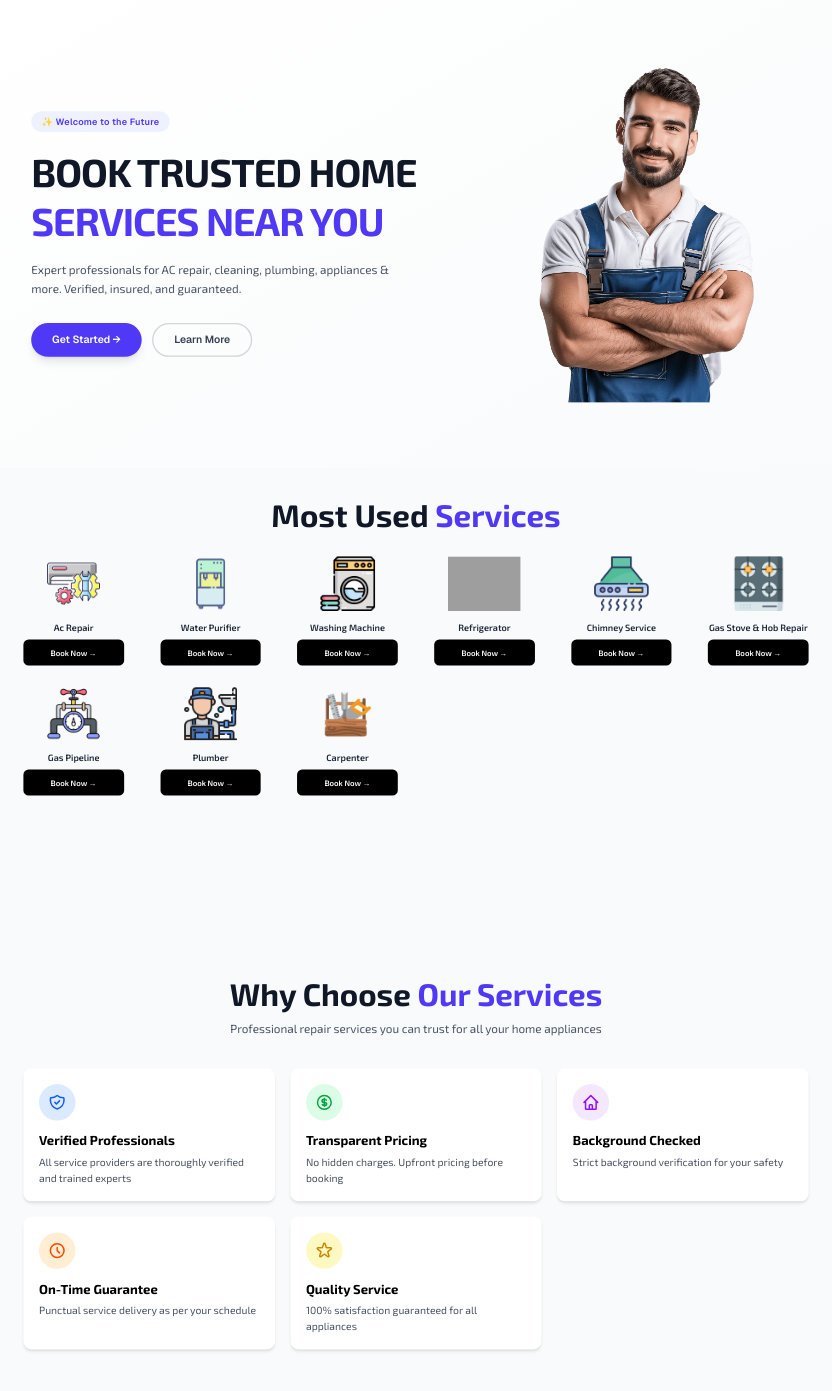
Repository: deepak445566/repai
Page: / (app in repair/)
The author's editor kept a copy of each file at every save. The page is drawn from the files as they stood at one save, then again after the next save.
The browser window is 1280 px wide. The pictures show the whole page, at 65% of full size.
Pictures or frames that could not be fetched are drawn as grey boxes. The project was rebuilt for these pictures with package versions that can differ from the ones it lists, and the page was loaded fresh each time. The framework's server and built-in components were replaced by stand-ins that run in the browser. Also part of the build but not shown: repair/next.config.mjs.

Above is the page before, as saved 2026-04-15 14:35:46.

### repair/src/app/layout.js
import { Abril_Fatface, Exo_2, Geist, Geist_Mono } from "next/font/google";
import "./globals.css";

const geistSans = Geist({
  variable: "--font-geist-sans",
  subsets: ["latin"],
});

const geistMono = Geist_Mono({
  variable: "--font-geist-mono",
  subsets: ["latin"],
});
const abril = Abril_Fatface({
  weight: '400',
  subsets: ['latin'],
  variable: '--font-abril',
});

const exo = Exo_2({
  subsets: ['latin'],
  weight: ['400','600','700'],
  variable: '--font-exo',
});

export const metadata = {
  title: "Create Next App",
  description: "Generated by create next app",
};

export default function RootLayout({ children }) {
  return (
    <html
      lang="en"
      className={`${geistSans.variable} ${geistMono.variable} ${abril.variable} ${exo.variable} h-full antialiased`}
    >
      <body className="min-h-full flex flex-col">{children}</body>
    </html>
  );
}

### repair/src/app/page.js
import HeroPage from '@/components/heroPage'
import ServicesPage from '@/components/Service'
import WhyChooseUs from '@/components/whyChooseUs'
import React from 'react'

function page() {
  return (
   <>
   <HeroPage/>
   <ServicesPage/>
   <WhyChooseUs/>
   </>
  )
}

export default page

### repair/src/app/globals.css
@import "tailwindcss";

:root {
  --background: #ffffff;
  --foreground: #171717;
}

@theme inline {
  --color-background: var(--background);
  --color-foreground: var(--foreground);
  --font-sans: var(--font-geist-sans);
  --font-mono: var(--font-geist-mono);
}

@media (prefers-color-scheme: dark) {
  :root {
    --background: #0a0a0a;
    --foreground: #ededed;
  }
}

body {
  background: var(--background);
  color: var(--foreground);
  font-family: var(--font-parkinsans);
}



.abril {
  font-family: var(--font-abril);
}

.exo {
  font-family: var(--font-exo);
}

### repair/src/components/heroPage.jsx
import Image from 'next/image';

export default function HeroPage() {
  return (
    <div className="min-h-screen bg-gradient-to-br from-white to-gray-50 flex items-center justify-center px-4 lg:px-12 py-12">
      <div className="max-w-7xl mx-auto w-full">
        <div className="flex flex-col lg:flex-row items-center gap-12 lg:gap-10">

          {/* Left Section - 60% Width */}
          <div className="w-full lg:w-[55%] text-center lg:text-left space-y-6">
            <div className="inline-block px-4 py-1.5 rounded-full bg-indigo-50 text-indigo-600 text-sm font-semibold tracking-wide">
              ✨ Welcome to the Future
            </div>

            <h1 className="text-4xl sm:text-5xl lg:text-6xl font-bold tracking-tight text-gray-900 leading-tight uppercase exo">
            Book Trusted Home
              <span className="text-indigo-600 block"> Services Near You</span>
            </h1>

            <p className="text-lg text-gray-600 max-w-xl mx-auto lg:mx-0 exo">
         Expert professionals for AC repair, cleaning, plumbing, appliances & more. Verified, insured, and guaranteed.
            </p>

            <div className="flex flex-col sm:flex-row gap-4 justify-center lg:justify-start pt-4">
              <button className="px-8 py-3 rounded-full bg-indigo-600 text-white font-semibold shadow-lg hover:bg-indigo-700 transition-all duration-200 transform hover:scale-105">
                Get Started →
              </button>
              <button className="px-8 py-3 rounded-full border-2 border-gray-300 text-gray-700 font-semibold hover:bg-gray-50 transition-all duration-200">
                Learn More
              </button>
            </div>
          </div>

          {/* Right Section - 40% Width */}
          <div className="w-full lg:w-[45%] flex justify-center lg:justify-end">
            <div className="relative w-full max-w-sm sm:max-w-md lg:max-w-lg">
              <div className="absolute inset-0 opacity-60 -z-10"></div>
              <div className="relative overflow-hidden">
                {/* Size control - Apni hisaab se change karo */}
                <div className="relative w-[350px] h-[400px] md:w-[400px] md:h-[400px] lg:w-[550px] lg:h-[550px] mx-auto ">
                  <Image
                    src="/images/image1.png"
                    alt="Hero Image"
                    fill
                    className="object-contain p-4"
                    priority
                  />
                </div>
              </div>
            </div>
          </div>
        </div>
      </div>
    </div>
  );
}

### repair/src/components/Service.jsx
'use client'

import Image from 'next/image';
import { useRouter } from 'next/navigation';

export default function ServicesPage() {
  const router = useRouter();

  const services = [
    { id: 1, title: "Ac Repair", image: "/images/acrepair.png" },
    { id: 2, title: "Water Purifier", image: "/images/waterrepair.png" },
    { id: 3, title: "Washing Machine", image: "/images/washrepair.png" },
    { id: 4, title: "Refrigerator", image: "/images/fridgerepair.png" },
    { id: 5, title: "Chimney Service", image: "/images/chimneyrepair.png" },
    { id: 6, title: "Gas Stove & Hob Repair", image: "/images/gasrepair.png" },
    { id: 7, title: "Gas Pipeline", image: "/images/piperepair.png" },
    { id: 8, title: "Plumber", image: "/images/plumberrepair.png" },
    { id: 9, title: "Carpenter", image: "/images/carrepair.png" },
  ];

  const handleBookNow = (serviceTitle) => {
    // Navigate to booking page with service name
    router.push(`/book?service=${encodeURIComponent(serviceTitle)}`);
  };

  return (
    <div className="min-h-screen bg-gray-50 py-12 px-4 exo">
      <div className="max-w-7xl mx-auto">

        <div className="text-center mb-8">
          <h2 className="text-3xl sm:text-5xl font-bold text-gray-900 mb-2">
            Most Used <span className="text-indigo-600">Services</span>
          </h2>
        </div>

        <div className="grid grid-cols-2 lg:grid-cols-6 gap-3 md:gap-4">
          {services.map((service) => (
            <div key={service.id} className="group cursor-pointer">
              {/* Image Section */}
              <div className="relative h-20 sm:h-22 md:h-25">
                <Image
                  src={service.image}
                  alt={service.title}
                  fill
                  className="object-contain p-2 transition-transform duration-500 group-hover:scale-110"
                />
              </div>

              {/* Title Section */}
              <div className="py-2 px-1 text-center">
                <h3 className="text-xs sm:text-sm font-semibold text-gray-800  ">
                  {service.title}
                </h3>
              </div>

              {/* Book Button */}
              <div className="px-5 pb-2">
                <button
                  onClick={() => handleBookNow(service.title)}
                  className="w-full bg-black text-white text-xs font-semibold py-3  rounded-lg "
                >
                  Book Now →
                </button>
              </div>
            </div>
          ))}
        </div>
      </div>
    </div>
  );
}

### repair/src/components/whyChooseUs.jsx
import Image from 'next/image';

export default function WhyChooseUs() {
  return (
    <div className="bg-gray-50 py-12 px-4 lg:px-9 sm:py-16 exo">
      <div className="max-w-7xl mx-auto">

        {/* Header with Image */}
        <div className="text-center mb-10 sm:mb-12">
          <h2 className="text-3xl sm:text-4xl lg:text-5xl font-bold text-gray-900 mb-3 sm:mb-4">
            Why Choose <span className="text-indigo-600">Our Services</span>
          </h2>
          <p className="text-gray-600 text-base sm:text-lg max-w-2xl mx-auto px-2">
            Professional repair services you can trust for all your home appliances
          </p>
        </div>

        {/* Features Grid - Mobile: 2 columns, Tablet/Desktop: 3 columns */}
        <div className="grid grid-cols-2 lg:grid-cols-3 gap-3 sm:gap-4 md:gap-6 text-black exo">
          {/* Feature 1 */}
          <div className="bg-white rounded-xl p-4 sm:p-5 md:p-6 shadow-md hover:shadow-xl transition-all">
            <div className="w-10 h-10 sm:w-12 sm:h-12 md:w-14 md:h-14 bg-blue-100 rounded-full flex items-center justify-center mb-3 sm:mb-4">
              <svg className="w-5 h-5 sm:w-6 sm:h-6 md:w-7 md:h-7 text-blue-600" fill="none" stroke="currentColor" viewBox="0 0 24 24">
                <path strokeLinecap="round" strokeLinejoin="round" strokeWidth={2} d="M9 12l2 2 4-4m5.618-4.016A11.955 11.955 0 0112 2.944a11.955 11.955 0 01-8.618 3.04A12.02 12.02 0 003 9c0 5.591 3.824 10.29 9 11.622 5.176-1.332 9-6.03 9-11.622 0-1.042-.133-2.052-.382-3.016z" />
              </svg>
            </div>
            <h3 className="text-base sm:text-lg md:text-xl font-bold mb-1 sm:mb-2">Verified Professionals</h3>
            <p className="text-gray-600 text-xs sm:text-sm md:text-base">All service providers are thoroughly verified and trained experts</p>
          </div>

          {/* Feature 2 */}
          <div className="bg-white rounded-xl p-4 sm:p-5 md:p-6 shadow-md hover:shadow-xl transition-all">
            <div className="w-10 h-10 sm:w-12 sm:h-12 md:w-14 md:h-14 bg-green-100 rounded-full flex items-center justify-center mb-3 sm:mb-4">
              <svg className="w-5 h-5 sm:w-6 sm:h-6 md:w-7 md:h-7 text-green-600" fill="none" stroke="currentColor" viewBox="0 0 24 24">
                <path strokeLinecap="round" strokeLinejoin="round" strokeWidth={2} d="M12 8c-1.657 0-3 .895-3 2s1.343 2 3 2 3 .895 3 2-1.343 2-3 2m0-8c1.11 0 2.08.402 2.599 1M12 8V7m0 1v8m0 0v1m0-1c-1.11 0-2.08-.402-2.599-1M21 12a9 9 0 11-18 0 9 9 0 0118 0z" />
              </svg>
            </div>
            <h3 className="text-base sm:text-lg md:text-xl font-bold mb-1 sm:mb-2">Transparent Pricing</h3>
            <p className="text-gray-600 text-xs sm:text-sm md:text-base">No hidden charges. Upfront pricing before booking</p>
          </div>

          {/* Feature 3 */}
          <div className="bg-white rounded-xl p-4 sm:p-5 md:p-6 shadow-md hover:shadow-xl transition-all">
            <div className="w-10 h-10 sm:w-12 sm:h-12 md:w-14 md:h-14 bg-purple-100 rounded-full flex items-center justify-center mb-3 sm:mb-4">
              <svg className="w-5 h-5 sm:w-6 sm:h-6 md:w-7 md:h-7 text-purple-600" fill="none" stroke="currentColor" viewBox="0 0 24 24">
                <path strokeLinecap="round" strokeLinejoin="round" strokeWidth={2} d="M3 12l2-2m0 0l7-7 7 7M5 10v10a1 1 0 001 1h3m10-11l2 2m-2-2v10a1 1 0 01-1 1h-3m-6 0a1 1 0 001-1v-4a1 1 0 011-1h2a1 1 0 011 1v4a1 1 0 001 1m-6 0h6" />
              </svg>
            </div>
            <h3 className="text-base sm:text-lg md:text-xl font-bold mb-1 sm:mb-2">Background Checked</h3>
            <p className="text-gray-600 text-xs sm:text-sm md:text-base">Strict background verification for your safety</p>
          </div>

          {/* Feature 4 */}
          <div className="bg-white rounded-xl p-4 sm:p-5 md:p-6 shadow-md hover:shadow-xl transition-all">
            <div className="w-10 h-10 sm:w-12 sm:h-12 md:w-14 md:h-14 bg-orange-100 rounded-full flex items-center justify-center mb-3 sm:mb-4">
              <svg className="w-5 h-5 sm:w-6 sm:h-6 md:w-7 md:h-7 text-orange-600" fill="none" stroke="currentColor" viewBox="0 0 24 24">
                <path strokeLinecap="round" strokeLinejoin="round" strokeWidth={2} d="M12 8v4l3 3m6-3a9 9 0 11-18 0 9 9 0 0118 0z" />
              </svg>
            </div>
            <h3 className="text-base sm:text-lg md:text-xl font-bold mb-1 sm:mb-2">On-Time Guarantee</h3>
            <p className="text-gray-600 text-xs sm:text-sm md:text-base">Punctual service delivery as per your schedule</p>
          </div>

          {/* Feature 5 */}
          <div className="bg-white rounded-xl p-4 sm:p-5 md:p-6 shadow-md hover:shadow-xl transition-all">
            <div className="w-10 h-10 sm:w-12 sm:h-12 md:w-14 md:h-14 bg-yellow-100 rounded-full flex items-center justify-center mb-3 sm:mb-4">
              <svg className="w-5 h-5 sm:w-6 sm:h-6 md:w-7 md:h-7 text-yellow-600" fill="none" stroke="currentColor" viewBox="0 0 24 24">
                <path strokeLinecap="round" strokeLinejoin="round" strokeWidth={2} d="M11.049 2.927c.3-.921 1.603-.921 1.902 0l1.519 4.674a1 1 0 00.95.69h4.915c.969 0 1.371 1.24.588 1.81l-3.976 2.888a1 1 0 00-.363 1.118l1.518 4.674c.3.922-.755 1.688-1.538 1.118l-3.976-2.888a1 1 0 00-1.176 0l-3.976 2.888c-.783.57-1.838-.197-1.538-1.118l1.518-4.674a1 1 0 00-.363-1.118l-3.976-2.888c-.784-.57-.38-1.81.588-1.81h4.914a1 1 0 00.951-.69l1.519-4.674z" />
              </svg>
            </div>
            <h3 className="text-base sm:text-lg md:text-xl font-bold mb-1 sm:mb-2">Quality Service</h3>
            <p className="text-gray-600 text-xs sm:text-sm md:text-base">100% satisfaction guaranteed for all appliances</p>
          </div>

        </div>
      </div>
    </div>
  );
}

After the next save:
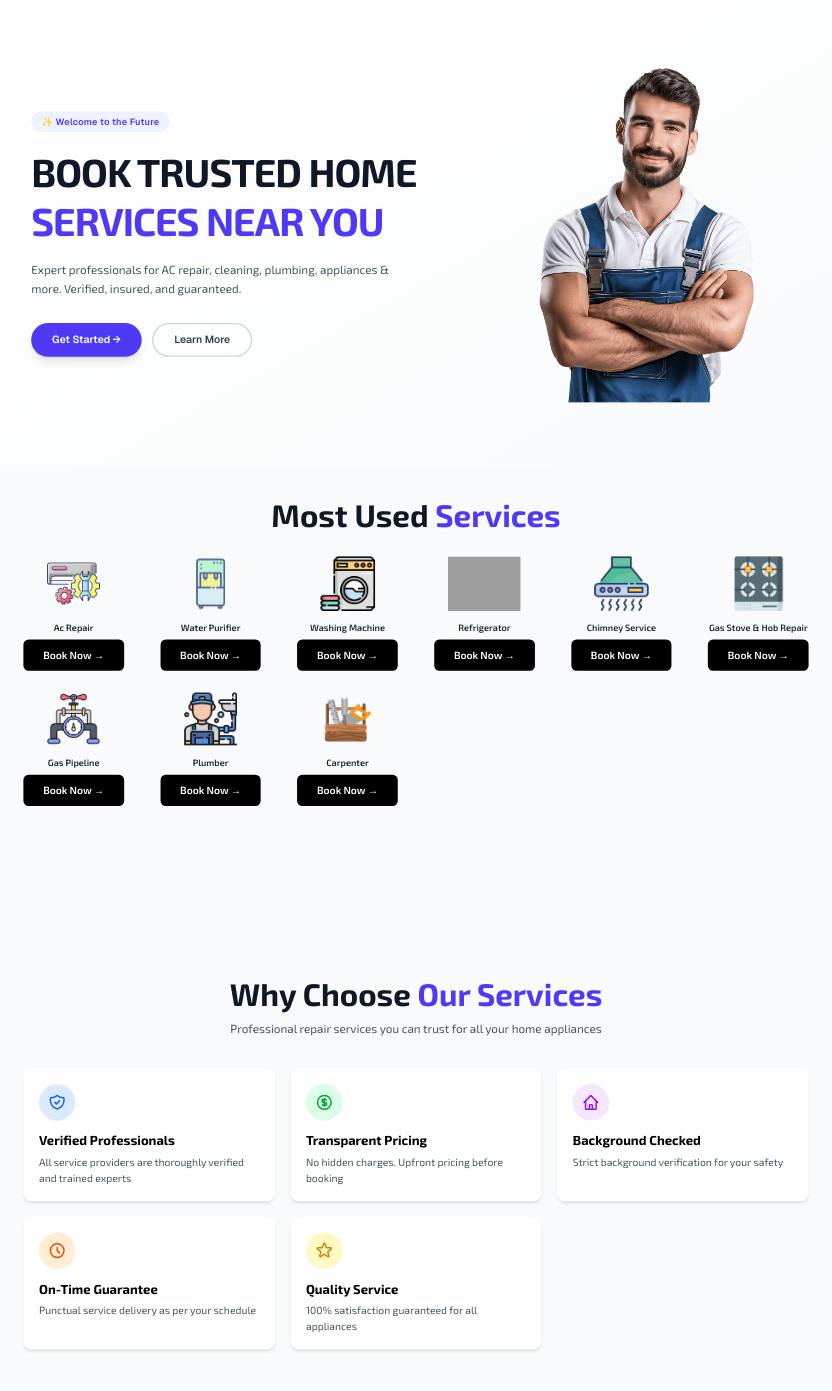
Saved 6 s later.
--- a/repair/src/components/Service.jsx
+++ b/repair/src/components/Service.jsx
@@ -57,7 +57,7 @@
               <div className="px-5 pb-2">
                 <button
                   onClick={() => handleBookNow(service.title)}
-                  className="w-full bg-black text-white text-xs font-semibold py-3  rounded-lg "
+                  className="w-full bg-black text-white text-xm font-semibold py-3  rounded-lg "
                 >
                   Book Now →
                 </button>
